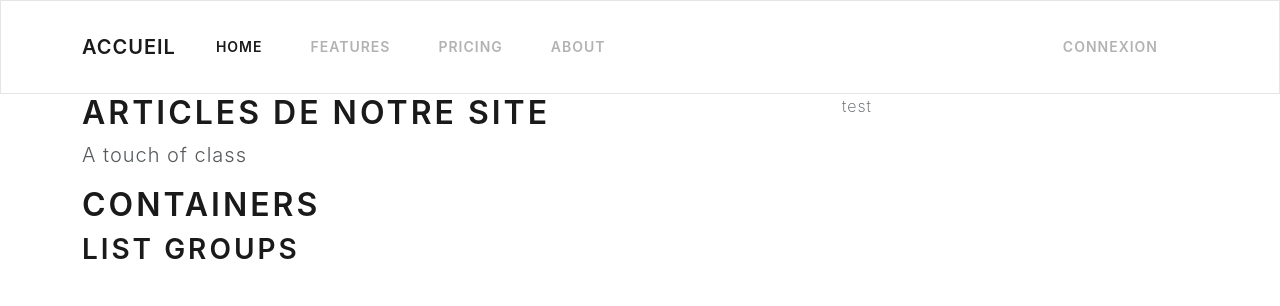
Repository: cahitYes/PDO
Page: http://localhost/?connect
An editor plug-in stored every save of this project. The page is shown before and after the next save, followed by the edit.
The browser window is 1280 px wide. The pictures show the whole page.
Some web fonts or font styles are not loaded; a fallback is used. The page is run by PHP 8.4 with error messages shown; the project is at /var/www/html/.

Above is the page before, as saved 2022-02-15 14:21:40.

### pdo_1/exemple2/public/index.php
<?php

/**
 * Chargement des dépendances
 */
require_once "../config.php";

/**
 * Connexion PDO
 */
try {
    $db = new PDO(DB_TYPE . ':host=' . DB_HOST . ';dbname=' . DB_NAME . ';port=' . DB_PORT . ';charset=' . DB_CHARSET, DB_LOGIN, DB_PWD);

    $db->setAttribute(PDO::ATTR_ERRMODE, PDO::ERRMODE_EXCEPTION);
} catch (Exception $e) {
    echo "Code erreur : " . $e->getCode();
    echo "<br>Message d'erreur : " . $e->getMessage();
}

// var_dump($db);

/**
 * Routeur
 */

/**
 * Nous ne sommes pas connectés
 */

 require_once "../controller/publicThearticleController.php";

### pdo_1/exemple2/config.php
<?php
// Constantes contenant nos paramètres de connexion pour PDO
define('DB_TYPE', 'mysql');
define('DB_HOST', 'localhost');
define('DB_NAME', 'pdo_1');
define('DB_PORT', 3307);
define('DB_CHARSET', 'UTF8');
define('DB_LOGIN', 'root');
define('DB_PWD', '');

define("LOGIN", "admin");
define("PWD", "1234");

### pdo_1/exemple2/controller/publicThearticleController.php
<?php


/**
 * Public Homepage
 */

require_once "../view/publicView/publicHomepageView.php";

### pdo_1/exemple2/view/publicView/publicHomepageView.php
<!DOCTYPE html>
<html lang="en">

<head>
  <meta charset="utf-8">
  <title>Bootswatch: Lux</title>
  <meta name="viewport" content="width=device-width, initial-scale=1">
  <link rel="stylesheet" href="css/bootstrap.min.css">

</head>

<body>
  <div class="navbar navbar-expand-lg sticky-top navbar-light bg-light">
    <div class="container">
      <a href="./" class="navbar-brand">Accueil</a>
      <ul class="navbar-nav me-auto">
        <li class="nav-item">
          <a class="nav-link active" href="#">Home
            <span class="visually-hidden">(current)</span>
          </a>
        </li>
        <li class="nav-item">
          <a class="nav-link" href="#">Features</a>
        </li>
        <li class="nav-item">
          <a class="nav-link" href="#">Pricing</a>
        </li>
        <li class="nav-item">
          <a class="nav-link" href="#">About</a>
        </li>
      </ul>
      <ul class="navbar-nav ms-md-auto">

        <li class="nav-item">
          <a target="_blank" rel="noopener" class="nav-link" href="?connect"> Connexion</a>
        </li>
      </ul>
    </div>
  </div>

  <div class="container">
    <div class="page-header" id="banner">
      <div class="row">
        <div class="col-lg-8 col-md-7 col-sm-6">
          <h1>Articles de notre site</h1>
          <p class="lead">A touch of class</p>
        </div>
        <div class="col-lg-4 col-md-5 col-sm-6">
          <div class="sponsor">
            test
          </div>
        </div>
      </div>
    </div>
  </div>

  <div class="container">
    <div class="bs-docs-section">
      <div class="row">
        <div class="col-lg-12">
          <div class="page-header">
            <h1 id="containers">Containers</h1>
          </div>
        </div>
      </div>
    </div>
    <div class="row">
      <div class="col-lg-12">
        <h2>List groups</h2>
      </div>
    </div>
  </div>

  <footer id="footer">

  </footer>


  <script src="js/jquery.min.js"></script>
  <script src="js/bootstrap.bundle.min.js"></script>

</body>

</html>

Loaded but not shown: pdo_1/exemple2/public/css/bootstrap.min.css (library); pdo_1/exemple2/public/js/jquery.min.js (library); pdo_1/exemple2/public/js/bootstrap.bundle.min.js (library)

After the next save:
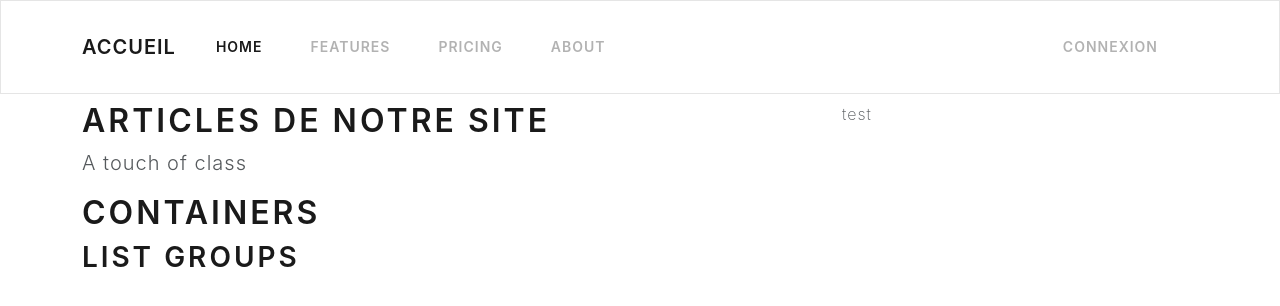
Saved 48 s later.
--- a/pdo_1/exemple2/view/publicView/publicHomepageView.php
+++ b/pdo_1/exemple2/view/publicView/publicHomepageView.php
@@ -38,7 +38,7 @@
     </div>
   </div>
 
-  <div class="container">
+  <div class="container mt-2">
     <div class="page-header" id="banner">
       <div class="row">
         <div class="col-lg-8 col-md-7 col-sm-6">
